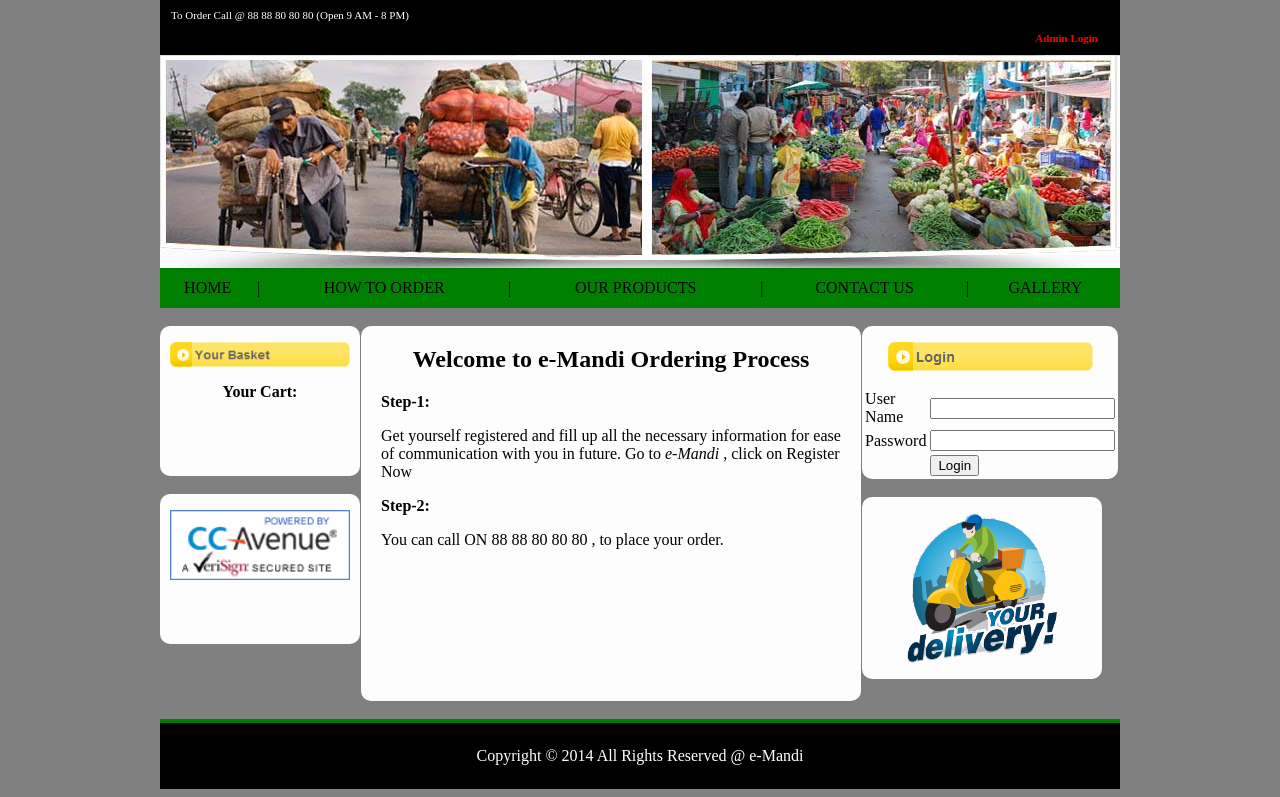
Repository: aashi12/e_mandi
Page: http://localhost/e_mandi/ourProducts.jsp
An editor plug-in stored every save of this project. The page is shown before and after the next save, followed by the edit.
The browser window is 1280 px wide. The pictures show the whole page.
The page is served by Tomcat 9. Other server files are loaded and not shown.

Above is the page before, as saved 2014-04-18 12:03:01.

### e_mandi/WebContent/ourProducts.jsp
<%@ page language="java" contentType="text/html; charset=ISO-8859-1"
    pageEncoding="ISO-8859-1"%>
<!DOCTYPE html PUBLIC "-//W3C//DTD HTML 4.01 Transitional//EN" "http://www.w3.org/TR/html4/loose.dtd">
<html>
<head>
<meta http-equiv="Content-Type" content="text/html; charset=ISO-8859-1">
<title>Online e-Mandi</title>
<link rel="stylesheet" href="style.css" />
</head>
<body bgcolor="gray">
<div id="container">
<div id="main">
<table border="0" width="960" height="270" cellspacing="0" cellpadding="0">
<tr>
<td height="25" bgcolor="black" class="order"><p> &nbsp;&nbsp;&nbsp;&nbsp;To Order Call @ 88 88 80 80 80 (Open 9 AM - 8 PM)</p>
<p align="right" class="admin"><b><a href="admin.jsp">Admin Login</a> &nbsp; &nbsp; &nbsp; &nbsp;</b></p>
</td>
</tr>
<tr>
<td class="bann">
<!--  banner -->
</td>
</tr>
</table>
<table border="0" width="960" height="40" cellspacing="0" cellpadding="0">
<tr bgcolor="green">
<td align="center" class="tab"><a href="index.jsp">HOME</a></td>
<td align="center" class="tab">|</td>
<td align="center" class="tab"><a href="howToOrder.jsp">HOW TO ORDER</a></td>
<td align="center" class="tab">|</td>
<td align="center" class="tab"><a href="ourProducts.jsp">OUR PRODUCTS</a></td>
<td align="center" class="tab">|</td>
<td align="center" class="tab"><a href="#">CONTACT US</a></td>
<td align="center" class="tab">|</td>
<td align="center" class="tab"><a href="#">GALLERY</a></td>
</tr>
</table>
<br/>
<table border="0" width="960" height="auto" cellspacing="0" cellpadding="0">
<tr>
<td width="200" valign="top">
<table class="basket" width="200" height="150" cellspacing="0" cellpadding="0" bgcolor="#fefdfd">
<tr>
<td align="center" valign="top">
<p><img src="images/basket.png" width="180"/></p>
<p class="bask"><b>Your Cart:</b></p>
</td>
</tr>
</table>
&nbsp;
<table class="basket" width="200" height="150" cellspacing="0" cellpadding="0" bgcolor="#fefdfd">
<tr>
<td align="center" valign="top">
<p><img src="images/ccav.gif" width="180"/></p>
</td>
</tr>
</table>
</td>
<td width="560" align="center" valign="top">
<table class="basket" border="0" width="500" height="150" cellspacing="0" cellpadding="0" bgcolor="#fefdfd">
<tr>
<td  valign="top">
<h2 align="center">Welcome to e-Mandi Ordering Process</h2>
<div id="con1">
<p><b>Step-1:</b></p>
<p>Get yourself registered and fill up all the necessary information for ease of communication
with you in future. Go to <i>e-Mandi</i> , click on Register Now</p>
<p><b>Step-2:</b></p>
<p>You can call ON    88 88 80 80 80 , to place your order.</p>

<p>&nbsp;</p>
<p>&nbsp;</p>
<p>&nbsp;</p>
<p>&nbsp;</p>
</div>
</td>
</tr>
</table>

</td>
<td width="300" valign="top">
<table border="0" class="basket" width="200" height="150" cellspacing="0" cellpadding="0" bgcolor="#fefdfd">
<tr>
<td align="center">
<p><img src="images/login.png" /></p>
<table width="240">
<tr>
<td>User Name</td>
<td><input type="text" name="uname"></td>
</tr>
<tr>
<td>Password</td>
<td><input type="password" name="pass"></td>
</tr>
<tr>
<td></td>
<td><input type="submit" value="Login"></td>
</tr>
</table>
</td>
</tr>
</table>
&nbsp;
<table border="0" class="basket" width="240" height="150" cellspacing="0" cellpadding="0" bgcolor="#fefdfd">
<tr>
<td align="center">
<p><img src="images/free.png" width="150" height="150" /></p>
</td>
</tr>
</table>
</td>
</tr>
</table>
&nbsp;
<table border="0" width="960" height="70" cellspacing="0" cellpadding="0">
<tr>
<td height="4" bgcolor="green"></td>
</tr>
<tr>
<td height="65" bgcolor="black" align="center" class="foot">
<p>Copyright &copy; 2014 All Rights Reserved @ e-Mandi</p>
</td>
</tr>
</table>
</div>
</div>
</body>
</html>

### e_mandi/WebContent/style.css
#container{margin-top:-10px;}
#main{margin: 0px auto;width:960px;}
.tab{color:#000;text-decoration:none;}
.tab a{color:#000;text-decoration:none;}
.tab a:hover{color:#fff;text-decoration:none;}
.tab12{color:#fff;text-decoration:none;}
.tab12 a{color:#fff;text-decoration:none;}
.tab12 a:hover{color:red;text-decoration:none;}
.bann{background-image: url(images/header.jpg);}
.order{color:#fff; font-size:11px;}
.free{padding-left:400px;}
.logo{padding-bottom:50px;}
.basket{border-radius:10px;}
.foot{color:#fff;}
.cat{color:#000;text-decoration:none;}
.cat a{color:red;text-decoration:none;}
.cat a:hover{color:green;text-decoration:none;}
.admin{color:red;text-decoration:none; }
.admin a{color:red; text-decoration:none;}
.admin a:hover{color:#fff;text-decoration:none; }
#con1{padding-left:20px;padding-right:20px;}
img{border:none;}
a{text-decoration:none;}
.log a{text-decoration:none;}
.section a{color:green;text-decoration:none;}
.section a:hover{color:red;text-decoration:none;}
.quick{color:green;text-decoration:underline;}
#login
{
	text-align:center;

}

After the next save:
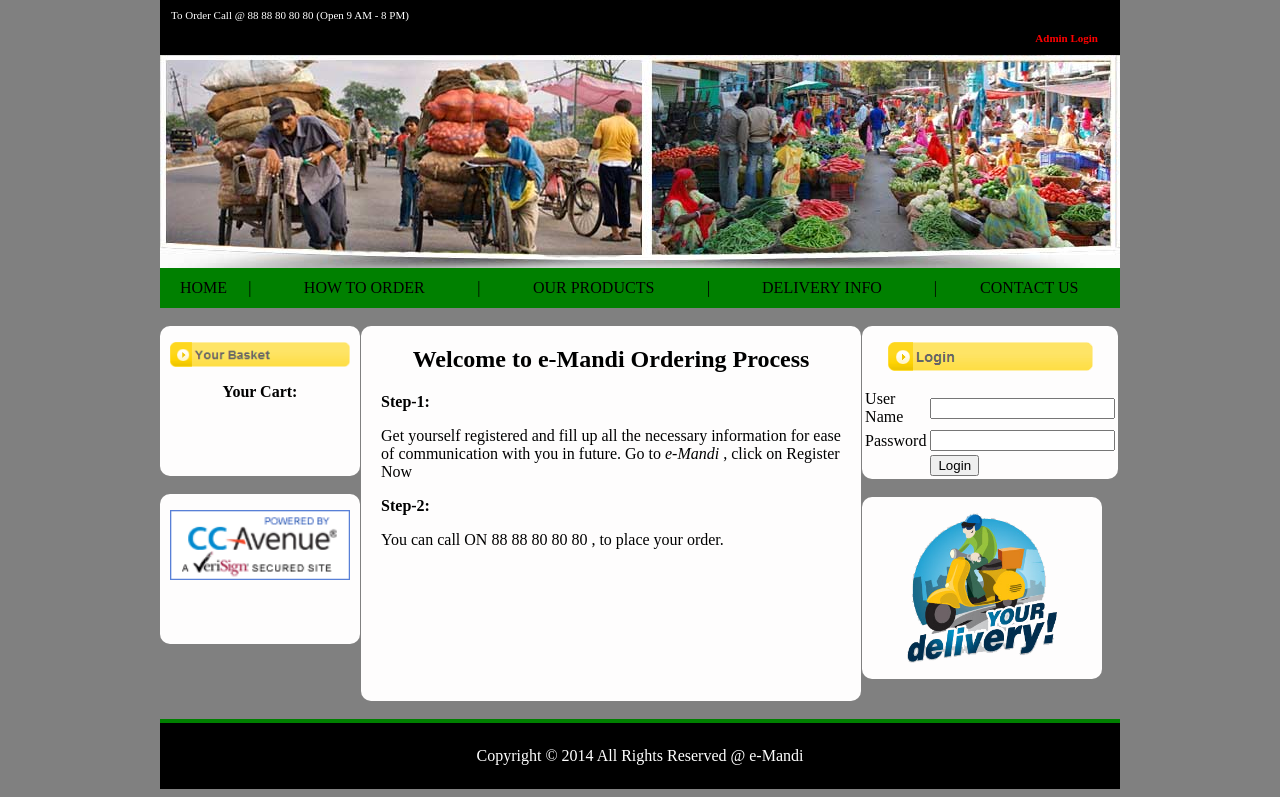
Saved 61 s later.
--- a/e_mandi/WebContent/ourProducts.jsp
+++ b/e_mandi/WebContent/ourProducts.jsp
@@ -30,9 +30,9 @@
 <td align="center" class="tab">|</td>
 <td align="center" class="tab"><a href="ourProducts.jsp">OUR PRODUCTS</a></td>
 <td align="center" class="tab">|</td>
+<td align="center" class="tab"><a href="#">DELIVERY INFO</a></td>
+<td align="center" class="tab">|</td>
 <td align="center" class="tab"><a href="#">CONTACT US</a></td>
-<td align="center" class="tab">|</td>
-<td align="center" class="tab"><a href="#">GALLERY</a></td>
 </tr>
 </table>
 <br/>
